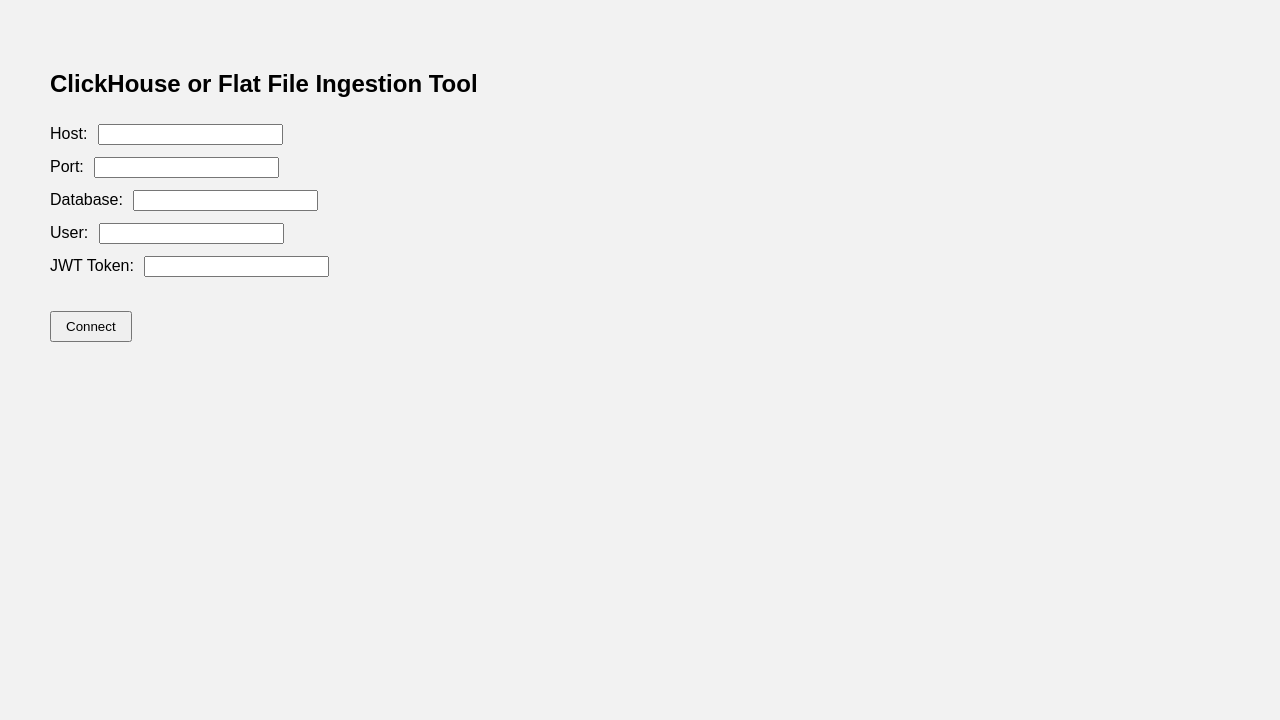
Repository: yash854367/clickhouse-flatfile-ingestion
Page: clickhouseflatfile/src/main/resources/static/index.html
The author's editor kept a copy of each file at every save. The page is drawn from the files as they stood at one save, then again after the next save.
The browser window is 1280 px wide. The pictures show the whole page.

Above is the page before, as saved 2025-04-16 08:57:37.

### clickhouseflatfile/src/main/resources/static/index.html
<!DOCTYPE html>
<html>
	<head>
		<title>ClickHouse Flat File Ingestion</title>
		<script src="js/app.js"></script>
		<link rel = "stylesheet" href="css/style.css">
	</head>
	<body>
		<h2>ClickHouse or Flat File Ingestion Tool</h2>
		<form id = "configForm">
			<label>Host: <input type="text" id="host" required></label><br>
			<label>Port: <input type="number" id="port" required></label><br>
			<label>Database: <input type="text" id="database" required></label><br>
			<label>User: <input type="text" id="user" required></label><br>
			<label>JWT Token: <input type="text" id="jwtToken" required></label><br><br>

			<button type="button" onclick="connectClickHouse()">Connect</button>
		</form>
		<div id="status"></div>

	</body>
</html>

### clickhouseflatfile/src/main/resources/static/js/app.js
function connectClickHouse(){

	const config = {
		host: document.getElementById("host").value,
		port: parseInt(document.getElementById("port").value),
		database: document.getElementById("database").value,
		user: documnet.getElementById("user").value,
		jwtToken: document.getElementById("jwtToken").value
	};

	fetch("/api/clickhouse/connect", {
		method : "POST",
		headers: {
			"Content-Type": "application/jason"
		},
		body: JSON.stringify(config)
	})
	.then(response => response.text())
	.then(data => {
		document.getElementById("status").innerText = "✅ Connected: " + data;
	})
	.catch(error => {
	        document.getElementById("status").innerText = "❌ Error: " + error;
	});
}

### clickhouseflatfile/src/main/resources/static/css/style.css
body {
    font-family: Arial, sans-serif;
    margin: 30px;
    padding: 20px;
    background-color: #f2f2f2;
}

form input {
    margin: 6px;
}

button {
    padding: 6px 14px;
    margin-top: 10px;
}

#status {
    margin-top: 20px;
    font-weight: bold;
    color: green;
}

After the next save:
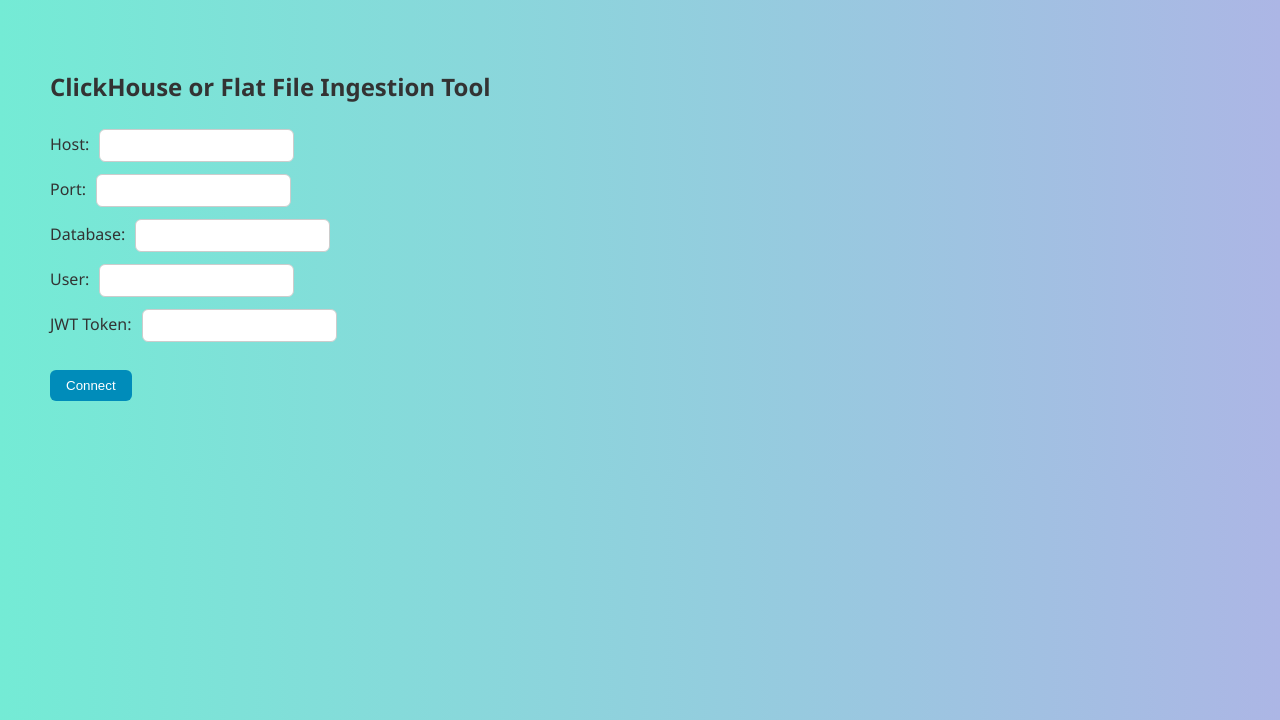
Saved 27 s later.
--- a/clickhouseflatfile/src/main/resources/static/css/style.css
+++ b/clickhouseflatfile/src/main/resources/static/css/style.css
@@ -1,21 +1,35 @@
+
 body {
-    font-family: Arial, sans-serif;
+    font-family: 'Segoe UI', Tahoma, Geneva, Verdana, sans-serif;
     margin: 30px;
     padding: 20px;
-    background-color: #f2f2f2;
+    background: linear-gradient(to right, #74ebd5, #ACB6E5);
+    color: #333;
+    border-radius: 10px;
 }
 
 form input {
     margin: 6px;
+    padding: 8px;
+    border: 1px solid #ccc;
+    border-radius: 6px;
 }
 
 button {
-    padding: 6px 14px;
-    margin-top: 10px;
+    padding: 8px 16px;
+    background-color: #008CBA;
+    color: white;
+    border: none;
+    border-radius: 6px;
+    cursor: pointer;
+}
+
+button:hover {
+    background-color: #005f73;
 }
 
 #status {
     margin-top: 20px;
     font-weight: bold;
-    color: green;
+    color: #2f3e46;
 }
